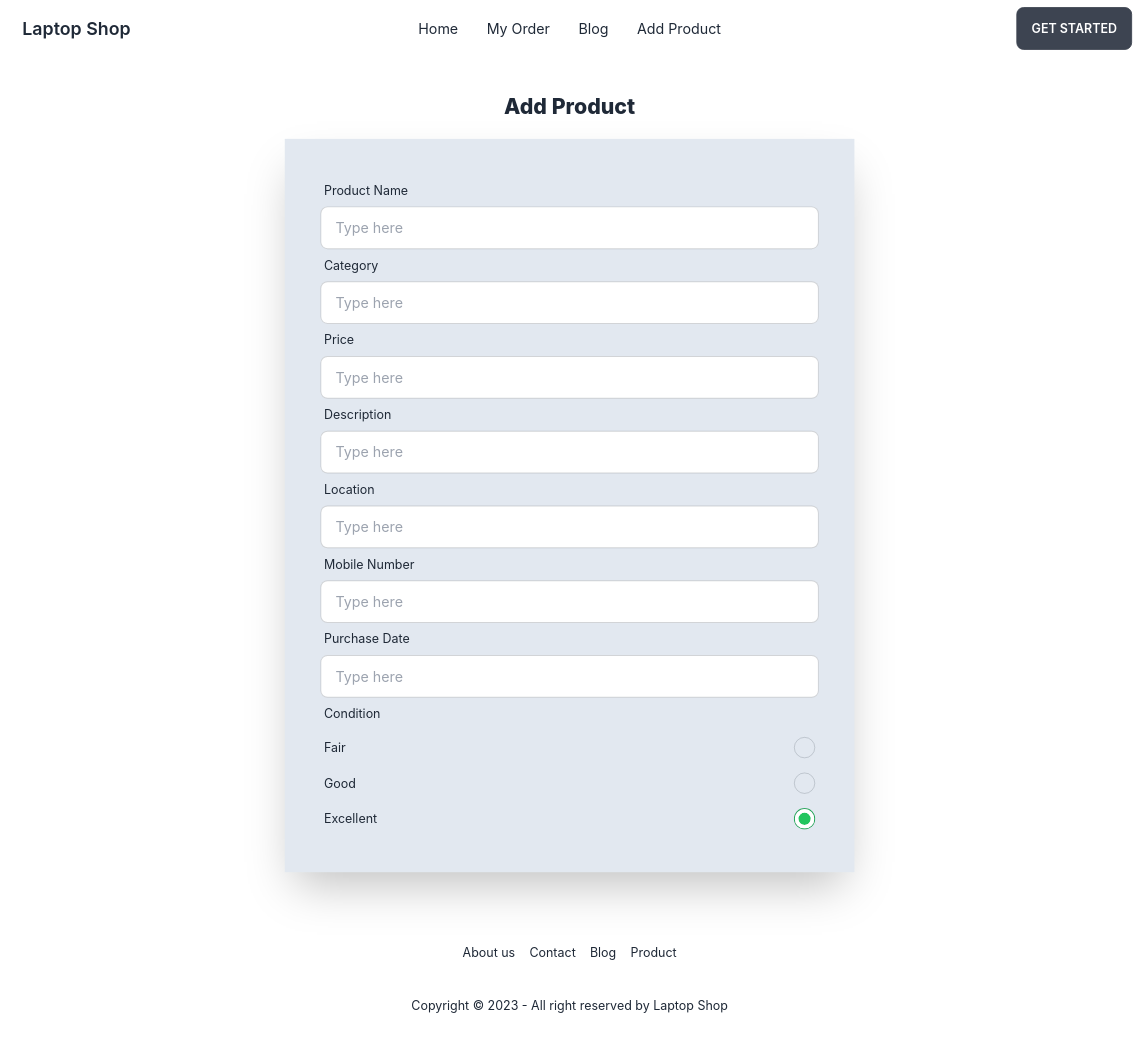
Repository: mdsajib50/E-commerce
Page: /add-product
The author's editor kept a copy of each file at every save. The page is drawn from the files as they stood at one save, then again after the next save.
The browser window is 1280 px wide. The pictures show the whole page, at 89% of full size.
The project was rebuilt for these pictures with package versions that can differ from the ones it lists, and the page was loaded fresh each time. Also part of the build but not shown: src/Pages/Home/Banner/Banner.js, src/Pages/Home/Product/ProductCard.js, src/Pages/Home/Product/Product.js, src/Pages/Home/Home/Home.js.

Above is the page before, as saved 2023-01-11 23:22:21.

After the next save:
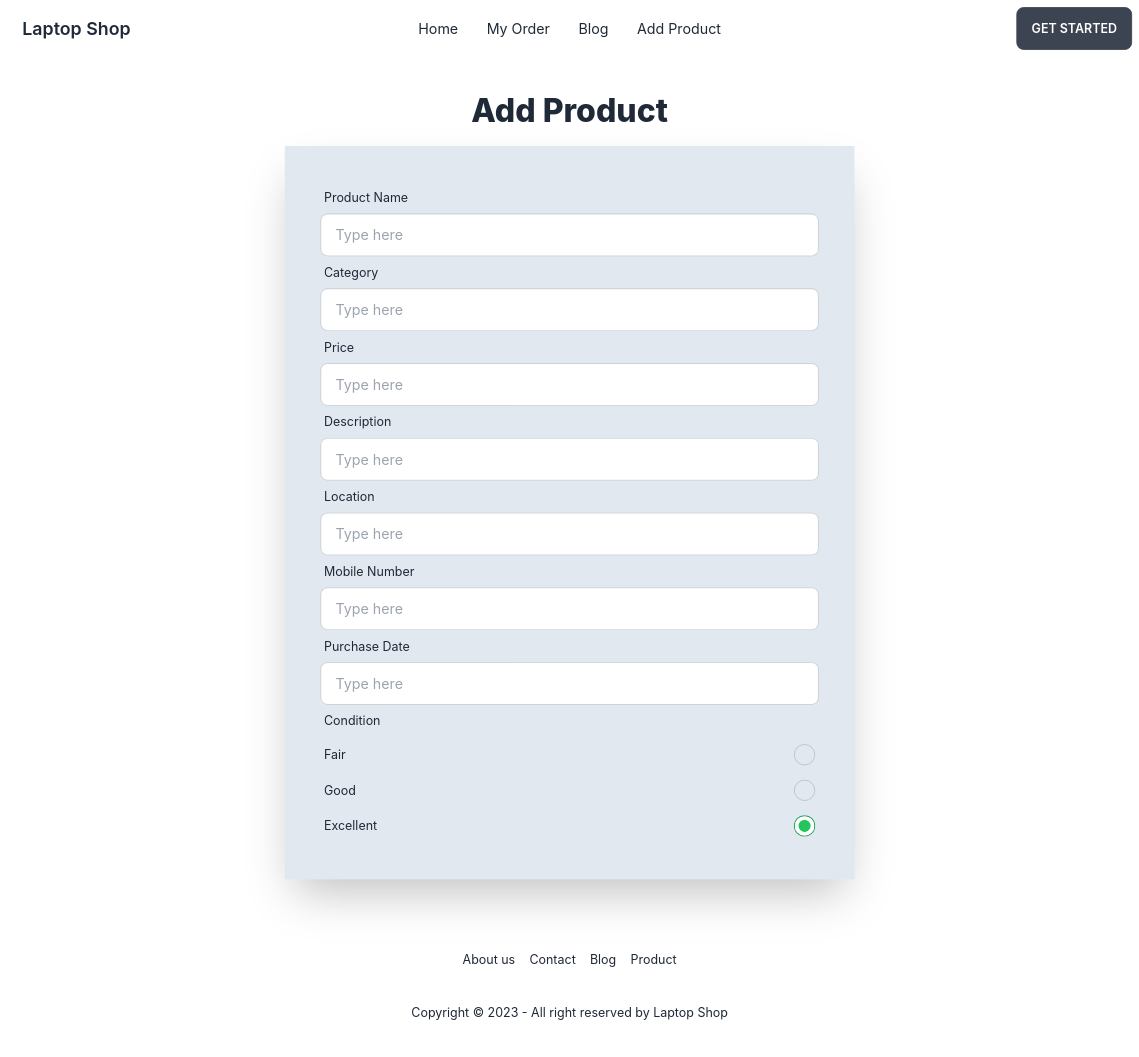
Saved 9 s later.
--- a/src/Pages/AddProduct/AddProduct.js
+++ b/src/Pages/AddProduct/AddProduct.js
@@ -3,7 +3,7 @@ import React from 'react';
 const AddProduct = () => {
     return (
         <div className='my-10'>
-            <h1 className='text-center font-extrabold text-2xl'>Add Product</h1>
+            <h1 className='text-center font-extrabold text-4xl'>Add Product</h1>
            <div className=' text-center w-1/2 mx-auto shadow-2xl bg-slate-200 p-10 mt-5'>
                 <form>
                     <div className="form-control">
